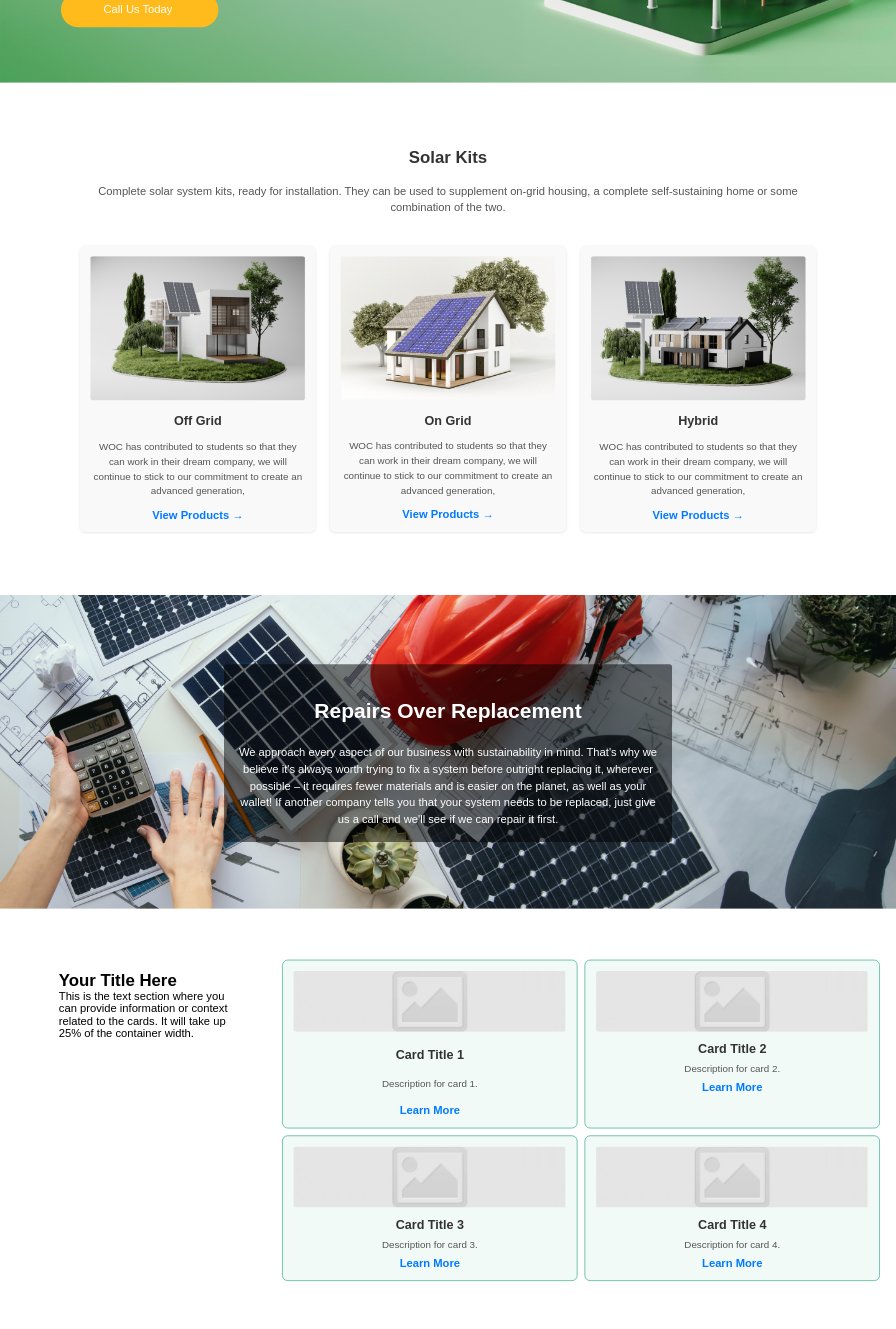
Repository: MaramNabil872/Landing-Page
Page: landingPage.html
An editor plug-in stored every save of this project. The page is shown before and after the next save, followed by the edit.
The browser window is 1280 px wide. The pictures show the part of the page from y = 1760 to 3680 px (the page is 3659 px tall before and 3680 px after), at 70% of full size.

Above is the page before, as saved 2024-10-21 17:43:48.

### landingPage.html
<!DOCTYPE html>
<html lang="en">
    <head>
        <meta charset="UTF-8" />
        <meta name="viewport" content="width=device-width, initial-scale=1.0" />
        <title>Landing Page</title>
        <link rel="stylesheet" href="landingPage.css" />
    </head>
    <body>
        <nav class="navbar">
            <div class="logo">MyLogo</div>

            <ul class="nav-links">
                <li><a href="#home">Home</a></li>
                <li><a href="#about">About</a></li>
                <li><a href="#services">Services</a></li>
                <li><a href="#contact">Contact</a></li>
            </ul>
            <div class="call">
                <p>call us</p>
                <h3>+2 01017345</h3>
            </div>
        </nav>

        <div class="image-container">
            <img
                src="images/solar-panels-meadow 1.png"
                alt="Background Image"
                class="background-image"
            />
            <div class="main-text">
                <h2 class="text-wallpaper">
                    Solar Panel Installers <br />
                    In Plymouth
                </h2>
                <br />
                <p class="text-paragraph">
                    Fueled is an award-winning technology consultancy that
                    transforms <br />
                    businesses by generating ideas, building products, and
                    accelerating<br />
                    growth.
                </p>
                <div class="button-container">
                    <button class="button-wallpaper1">Call Us Today</button>
                    <button class="button-wallpaper2">
                        Requst a call back
                    </button>
                </div>
            </div>
        </div>





        <!-- first container -->






        <div class="container1">
            <div class="text-container1">
                <p class="title-container1">
                    The Friendliest Installers <br />in the South-West
                </p>
                <p class="paragraph-container1">
                    At Solidarity Solar our aims are to help our customers
                    towards a sustainable future and genuinely care about the
                    quality of products we use for our installs. We never sell
                    you equipment you don't need and will always advise to the
                    best of our ability, No hard sell or pushy sales tactics
                    ever. We take pride in our work and do our best to make sure
                    that we meet, or exceed, our customers' expectations.
                </p>
                <div class="last-container1">
                    <p>
                        <span class="number-container1">01/ </span>Collaborate
                        with 100+ leading
                    </p>
                    <p>
                        <span class="number-container1">02/ </span> 100+ leading
                        universities and companies
                    </p>
                    <p>
                        <span class="number-container1">03/ </span> leading
                        universities and companies
                    </p>
                    <p>
                        <span class="number-container1">04/ </span> universities
                        and companies
                    </p>
                </div>
            </div>
            <div class="image-container1">
                <img src="images/Rectangle 30.png" alt="solar" />
            </div>
        </div>






        <!-- second section -->







        <div class="section2">
            <img src="images/middle.png" alt="img" />
            <div class="main-text">
                <h2 class="section2-text">Power that Doesn't Cost the Earth</h2>
                <h6 class="section2-paragraph">
                    If you need advice then give us a call on 07745593882 or hit
                    the <br />
                    button below to request a call back!
                </h6>
                <button class="button-wallpaper2">Call Us Today</button>
            </div>
        </div>





        <!-- third section -->





        <div class="white-container">
            <h2 class="title">Solar Kits</h2>
            <p class="text">
                Complete solar system kits, ready for installation. They can be
                used to supplement on-grid housing, a complete self-sustaining
                home or some combination of the two.
            </p>

            <div class="card-container">
                <div class="card">
                    <img src="images/1.png" alt="Image 2" class="card-image" />
                    <h3 class="card-title">Off Grid</h3>
                    <p class="card-text">
                        WOC has contributed to students so that they can work in
                        their dream company, we will continue to stick to our
                        commitment to create an advanced generation,
                    </p>
                    <a href="#" class="card-link">View Products →</a>
                </div>
                <div class="card">
                    <img
                        src="images/solar-panels-meadow 2 (1).png"
                        alt="Image 3"
                        class="card-image"
                    />
                    <h3 class="card-title">On Grid</h3>
                    <p class="card-text">
                        WOC has contributed to students so that they can work in
                        their dream company, we will continue to stick to our
                        commitment to create an advanced generation,
                    </p>
                    <a href="#" class="card-link">View Products →</a>
                </div>
                <div class="card">
                    <img
                        src="images/solar-panels-meadow 3.png"
                        alt="Image 1"
                        class="card-image"
                    />
                    <h3 class="card-title">Hybrid</h3>
                    <p class="card-text">
                        WOC has contributed to students so that they can work in
                        their dream company, we will continue to stick to our
                        commitment to create an advanced generation,
                    </p>
                    <a href="#" class="card-link">View Products →</a>
                </div>
            </div>
        </div>




        <!-- forth section -->








        <div class="forth-image">
            <img src="images/8116 1 (1).png" alt="Full Width Image" />
            <div class="overlay-text">
                <h2 class="overlay-title">Repairs Over Replacement</h2>
                <p class="overlay-paragraph">
                    We approach every aspect of our business with sustainability
                    in mind. That's why we believe it's always worth trying to
                    fix a system before outright replacing it, wherever possible
                    – it requires fewer materials and is easier on the planet,
                    as well as your wallet! If another company tells you that
                    your system needs to be replaced, just give us a call and
                    we'll see if we can repair it first.
                </p>
            </div>
        </div>


        <!-- fifth section -->



        <div class="container4">
            <div class="text-section4">
                <h2>Your Title Here</h2>
                <p>This is the text section where you can provide information or context related to the cards. It will take up 25% of the container width.</p>
            </div>
            <div class="card-section4">
                <div class="card4">
                    <img src="images/image 9.png" alt="Image 1" class="card-image">
                    <h3 class="card-title">Card Title 1</h3>
                    <p class="card-text">Description for card 1.</p>
                    <a href="#" class="card-link">Learn More</a>
                </div>
                <div class="card4">
                    <img src="images/image 9.png" alt="Image 2" class="card-image4">
                    <h3 class="card-title4">Card Title 2</h3>
                    <p class="card-text4">Description for card 2.</p>
                    <a href="#" class="card-link4">Learn More</a>
                </div>
                <div class="card4">
                    <img src="images/image 9.png" alt="Image 3" class="card-image4">
                    <h3 class="card-title4">Card Title 3</h3>
                    <p class="card-text4">Description for card 3.</p>
                    <a href="#" class="card-link4">Learn More</a>
                </div>
                <div class="card4">
                    <img src="images/image 9.png" alt="Image 4" class="card-image4">
                    <h3 class="card-title4">Card Title 4</h3>
                    <p class="card-text4">Description for card 4.</p>
                    <a href="#" class="card-link4">Learn More</a>
                </div>
            </div>
        </div>

    </body>
</html>

### landingPage.css
* {
    margin: 0;
    padding: 0;
    box-sizing: border-box; /* Added for consistent sizing */
}

body {
    font-family: Arial, sans-serif;
}
@media (max-width: 480px) {
    .text-overlay {
        font-size: 1.2rem; /* Even smaller text size for very small screens */
    }

    .call h3 {
        font-size: 1.2rem; /* Adjust call size for small screens */
    }
}
@media (max-width: 768px) {
    .navbar {
        flex-direction: column; /* Stack items vertically */
        align-items: flex-start; /* Align items to the left */
    }

    .nav-links {
        margin-top: 10px; /* Space between navbar and links */
    }

    .nav-links li {
        margin-left: 0;
        margin-bottom: 10px; /* Space between links */
    }

    .text-overlay {
        font-size: 1.5rem; /* Smaller text size for mobile */
    }
}


.navbar {
    background-color: #0b9586;
    display: flex;
    justify-content: space-between;
    align-items: center;
    padding: 10px 20px;
    position: relative;
    flex-wrap: wrap; /* Allow items to wrap on smaller screens */
}

.logo {
    color: #fff;
    font-size: 24px;
}

.nav-links {
    list-style: none;
    display: flex;
    flex-wrap: wrap; /* Allow links to wrap on smaller screens */
}

.nav-links li {
    margin-left: 20px;
}

.nav-links a {
    text-decoration: none;
    color: white;
    font-size: 18px;
    transition: color 0.3s;
}

.nav-links a:hover {
    color: #f0a500;
}

.call {
    color: #fff;
    text-align: right; /* Align text to the right */
}

.image-container {
    position: relative;
    width: 100%;
    height: 100vh;
    overflow: hidden;
}

.background-image {
    width: 100%;
    height: 100%;
    object-fit: cover;
}
.main-text{
    position: absolute;
    top: 40%;
    left:5%;
}
.text-wallpaper {


    color: white;
    font-size: 40px;
    font-weight: bold;
    text-shadow: 2px 2px 4px rgba(0, 0, 0, 0.5);
}
.text-paragraph{
    color: white;
    font-size:  18px;

}
.button-container{
    display: flex;
}
.button-wallpaper1 {
    background-color: #0b9586;
    color: white;
    border: none;
    border-radius: 20em;
    padding: 0.8em 1.5em 0.8em 1.2em;
    width: 40%;
    margin: 4%;
    height: 50px;
    font-size: 16px;
    cursor: pointer;
    align-items: center;

}
.button-wallpaper2 {
    background-color:  #FFBB1C;
    ;
    color: white;
    border: none;
    border-radius: 20em;
    padding: 0.8em 1.5em 0.8em 1.2em;
    width: 40%;
    margin: 4%;
    height: 50px;
    font-size: 16px;
    cursor: pointer;
    align-items: center;

}

.container1 {
    display: flex;
    background-color: white;
    padding-top: 10%;
    border-radius: 8px;
    max-width: 1200px;
    margin: 20px auto;


}
.title-container1{
    font-size: 37px;
    font-weight: bold;


}
.text-container1 {
   flex:1;
    padding-right:5%;
padding-left: 5%;}
.paragraph-container1{
    margin-top: 5%;
    line-height: 1.3;
}

.last-container1{
    font-size: 20px;
    font-weight: bold;
    padding-top: 10%;
    line-height: 1.6;
    .number-container1{
        color:#84BD3A;
        ;
    }
}
.image-container1 {
   flex:1
}

.image-container1 img {
    width: 75%;
    height: auto;
    border-radius: 8px;
}


.section2 {
    position: relative;
    width: 100%;
    overflow: hidden;
}

.section2 img {
    width: 100%;
    height: auto; }

.section2-text {
font-size: 35px;
    color: white;

}
.section2-paragraph{
    padding-top: 5%;
    line-height: 1.5;

    font-size: 16px;
    color: white;
}

/* third section */
.white-container {
    background-color: white;
    padding: 5%;
    max-width: 1200px;
    margin: 2% auto;
}

.title {
    margin-bottom: 2%;
    font-size: 24px;
    color: #333;
    text-align: center;

}

.text {
    margin-bottom: 2%;
    font-size: 16px;
    color: #555;
    line-height: 1.5;
    text-align: center;
}

.card-container {
    display: flex;
    justify-content: space-between;
    margin-top: 4%;
}

.card {
    background-color: #f9f9f9;
    border-radius: 8px;
    box-shadow: 0 1px 4px rgba(0, 0, 0, 0.1);
    padding: 15px;
    text-align: center;
    flex: 1;
    margin: 0 10px;
}

.card-image {
    width: 100%;
    height: auto;
    border-radius: 4px;
}

.card-title {
    font-size: 18px;
    color: #333;
    margin-top: 5%;

}

.card-text {
    font-size: 14px;
    color: #555;
    margin-top: 5%;
    margin-bottom: 5%;
    line-height: 1.5;

}

.card-link {
    text-decoration: none;
    color: #007bff;
    font-weight: bold;
}

.card-link:hover {
    text-decoration: underline;
}
@media (max-width: 768px) {
    .card-container {
        flex-direction: column;
    }

    .card {
        flex: 1 1 100%;
        max-width: 100%;
        margin: 10px 0;
    }
}

/* forth css */

.forth-image {
    position: relative;
    width: 100%;
    overflow: hidden;
}

.forth-image img {
    width: 100%;
    height: auto;
}

.overlay-text {
    position: absolute;
    top: 50%;
    left: 50%;
    transform: translate(-50%, -50%);
    color: white;
    text-align: center;
    padding: 20px;
    background-color: rgba(0, 0, 0, 0.5);
    border-radius: 4px;
}
.overlay-title{
    margin-top: 5%;
    margin-bottom: 5%;
    font-size: 30px;

}
.overlay-paragraph{
    margin-top: 4%;
    line-height: 1.5;
    font-size: 16px;

}

/* //forth section// */


.container4 {
    display: flex;
    max-width: 1200px;
    margin: 5%;
}

.text-section4 {
    flex: 0 0 25%;
    padding: 20px;

}

.card-section4 {
    margin-left: 4%;
    flex: 0 0 75%;
    display: flex;
    flex-wrap: wrap;
    justify-content: space-between;
}

.card4 {
    background-color: #3cab8f10;
    border-radius: 8px;
   border: 1px solid #3CAB90; /* Subtle shadow for cards */
    padding: 15px; /* Padding inside the cards */
    text-align: center; /* Center the text in the cards */
    flex: 0 0 calc(50% - 10px); /* Each card takes half of the card section width minus margin */
    margin: 5px; /* Margin around cards */
}

.card-image4 {
    width: 100%; /* Make the image take full width of the card */
    height: auto; /* Maintain aspect ratio */
    border-radius: 4px; /* Rounded corners for the image */
}

.card-title4 {
    font-size: 18px; /* Font size for card titles */
    color: #333; /* Color of card title text */
    margin: 10px 0; /* Margin above and below card title */
}

.card-text4 {
    font-size: 14px; /* Font size for card text */
    color: #555; /* Color of card text */
    margin: 10px 0; /* Margin above and below card text */
}

.card-link4 {
    text-decoration: none; /* Remove underline from link */
    color: #007bff; /* Link color */
    font-weight: bold; /* Bold link text */
}

.card-link4:hover {
    text-decoration: underline; /* Underline link on hover */
}

/* Media Query for Mobile Responsiveness */
@media (max-width: 768px) {
    .container4 {
        flex-direction: column; /* Stack text and cards vertically */
    }

    .text-section4 {
        flex: 1 1 100%; /* Full width for text section on mobile */
    }

    .card-section4 {
        flex: 1 1 100%; /* Full width for card section on mobile */
        display: flex; /* Use Flexbox for cards */
        flex-wrap: wrap; /* Allow cards to wrap */
    }

    .card4 {
        flex: 0 0 100%; /* Each card takes full width on mobile */
        margin: 10px 0; /* Margin above and below each card */
    }
}

After the next save:
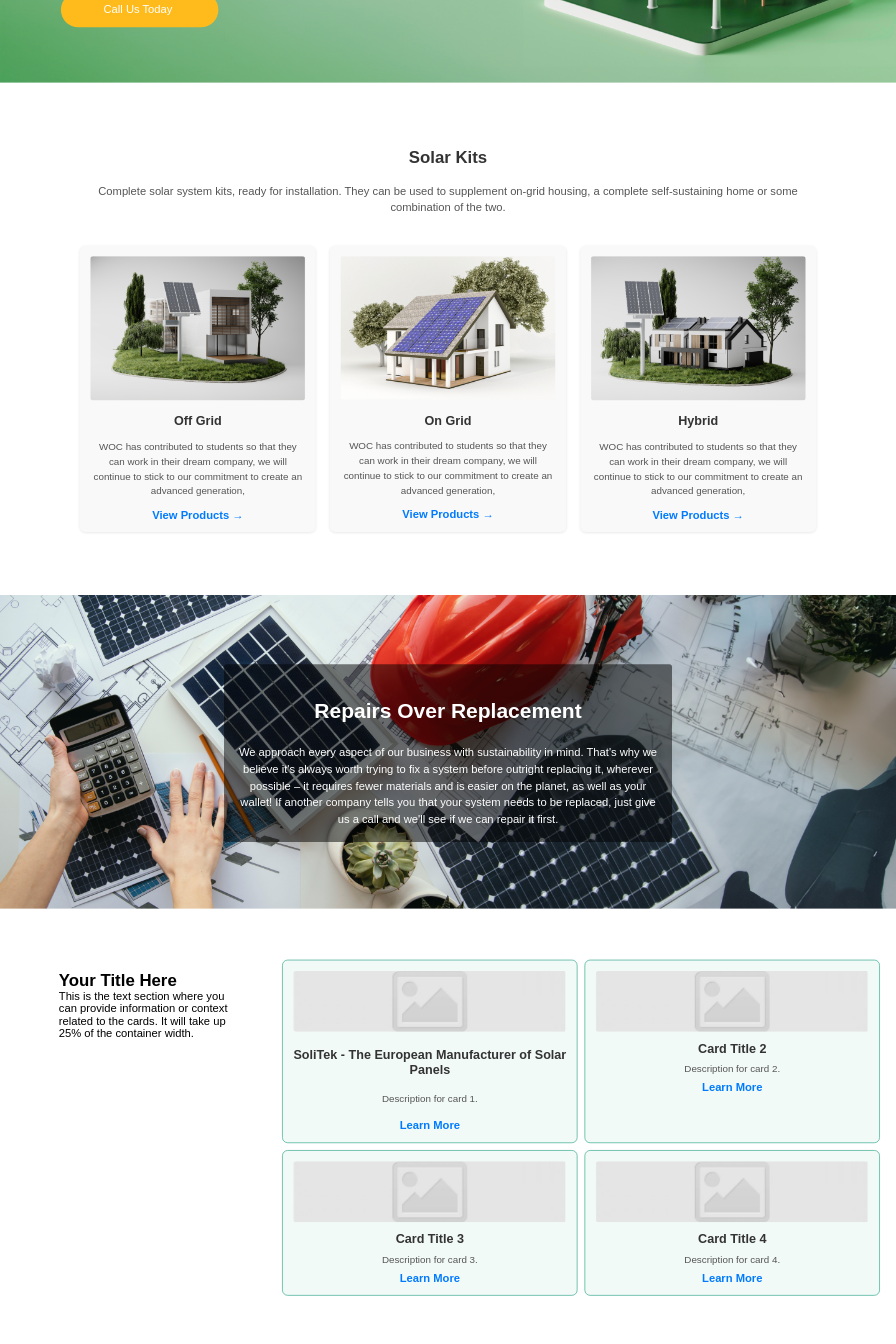
Saved 48 s later.
--- a/landingPage.html
+++ b/landingPage.html
@@ -226,7 +226,7 @@
             <div class="card-section4">
                 <div class="card4">
                     <img src="images/image 9.png" alt="Image 1" class="card-image">
-                    <h3 class="card-title">Card Title 1</h3>
+                    <h3 class="card-title">SoliTek - The European Manufacturer of Solar Panels</h3>
                     <p class="card-text">Description for card 1.</p>
                     <a href="#" class="card-link">Learn More</a>
                 </div>
